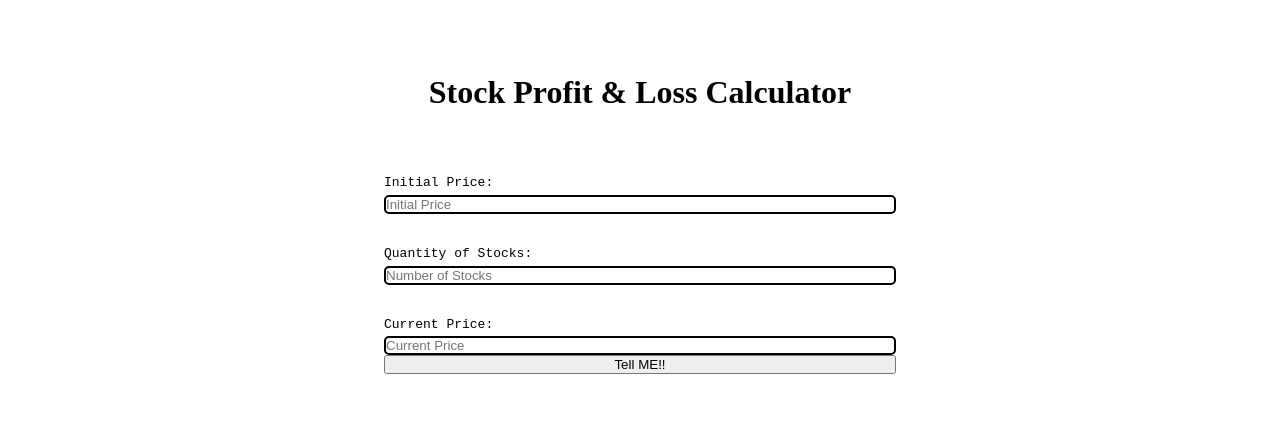
Repository: patelamancode/Stock-P-L-Calculator
Page: index.html
The author's editor kept a copy of each file at every save. The page is drawn from the files as they stood at one save, then again after the next save.
The browser window is 1280 px wide. The pictures show the whole page.

Above is the page before, as saved 2022-11-23 18:07:48.

After the next save:
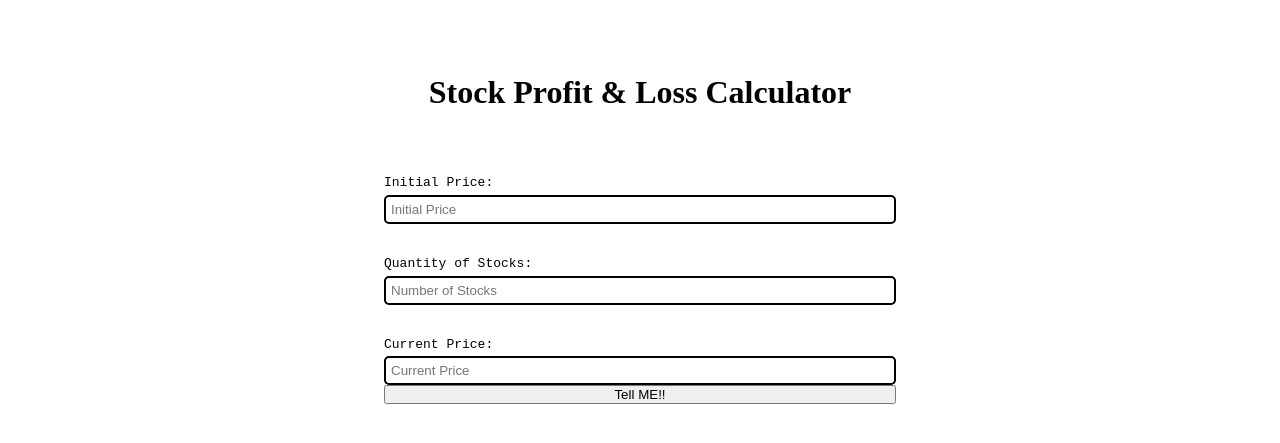
Saved 9 s later.
--- a/index.css
+++ b/index.css
@@ -26,5 +26,5 @@
   input{
     border: 2px solid black;
     border-radius: 5px;
-    padding 5px
+    padding: 5px;
   }
